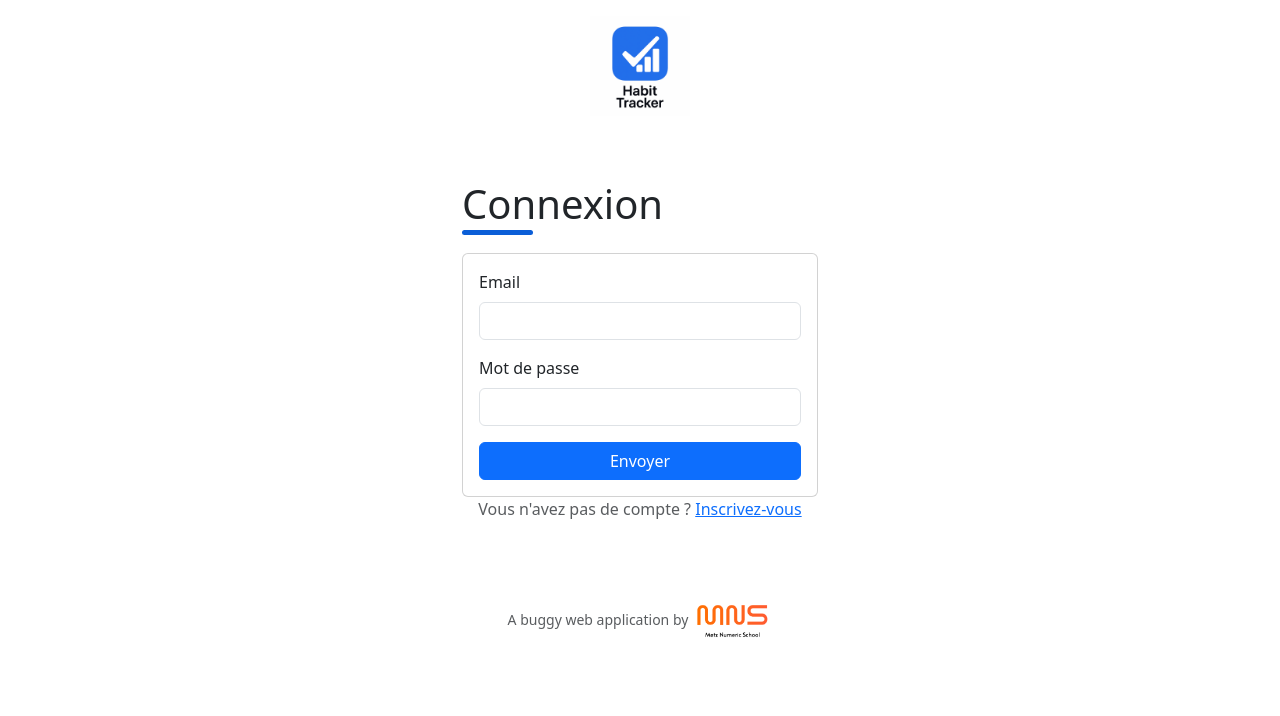
Repository: Metz-Numeric-School/habit-tracker-buggy-web-app-bloc-4-dfs-2025-bis-guiback0
Page: http://localhost/login
An editor plug-in stored every save of this project. The page is shown before and after a run of saves, followed by the edit.
The browser window is 1280 px wide. The pictures show the whole page.
The page is run by PHP 8.4 with error messages shown; the project is at /var/www/html/.

Above is the page before, as saved 2025-10-01 12:19:37.

### public/index.php
<?php
/**
 * @author Théo Gamory <theo.gamory@metznumericschool.fr>
 * @license MIT
 * @version 1.0
 * Cette application est un exemple de micro-framework PHP basé sur le modèle MVC.
 * Celle-ci est conçue pour être simple et facile à comprendre et s'inspire de Symfony.
 * L'application comporte volontairement des erreurs et des failles de sécurité pour illustrer les bonnes pratiques.
 * Il est recommandé de ne pas utiliser ce code en production.
 * Pour plus d'informations, consultez le README.md
 */

require '../vendor/autoload.php';
require '../config/bootstrap.php';

$kernel = new Mns\Buggy\Core\Kernel(
    new Mns\Buggy\Core\Router($routes)
);

$kernel->run();

### config/bootstrap.php
<?php

session_start();

// Load routes from config/routes.json
$routesFile = __DIR__ . '/routes.json';
$routes = file_exists($routesFile) ? json_decode(file_get_contents($routesFile), true) : [];

// Détecter le chemin absolu du projet
$projectDir = realpath(__DIR__ . '/../');

// Vérifier si un fichier .env.local existe et charger
$envFileLocal = $projectDir . '/.env.local';
$envFile = file_exists($envFileLocal) ? '.env.local' : '.env';

// Charger Dotenv
$dotenv = Dotenv\Dotenv::createImmutable($projectDir, $envFile);
$dotenv->load();

### config/routes.json
[
    {
        "path": "/",
        "controller": "App\\Controller\\Web\\HomeController",
        "action": "index"
    },
    {
        "path": "/login",
        "controller": "App\\Controller\\SecurityController",
        "action": "login"
    },
    {
        "path": "/logout",
        "controller": "App\\Controller\\SecurityController",
        "action": "logout"
    },
    {
        "path": "/register",
        "controller": "App\\Controller\\RegisterController",
        "action": "index"
    },
    {
        "path": "/admin/dashboard",
        "controller": "App\\Controller\\Admin\\DashboardController",
        "action": "index",
        "guard": "App\\Guard\\AdminGuard"
    },
    {
        "path": "/admin/user",
        "controller": "App\\Controller\\Admin\\UserController",
        "action": "index"
    },
    {
        "path": "/admin/user/new",
        "controller": "App\\Controller\\Admin\\UserController",
        "action": "new"
    },
    {
        "path": "/dashboard",
        "controller": "App\\Controller\\Member\\DashboardController",
        "action": "index",
        "guard": "App\\Guard\\UserGuard"
    },
    {
        "path": "/habits",
        "controller": "App\\Controller\\Member\\HabitsController",
        "action": "index"
    },
    {
        "path": "/habits/create",
        "controller": "App\\Controller\\Member\\HabitsController",
        "action": "new"
    },
    {
        "path": "/api/habits",
        "controller": "App\\Controller\\Api\\HabitsController",
        "action": "index"
    }
]

### core/Kernel.php
<?php

namespace Mns\Buggy\Core;

use App\Controller\ErrorController;

final class Kernel
{
    private $router;

    public function __construct(Router $router)
    {
        $this->router = $router;
    }

    public function handle()
    {
        $route = $this->router->match($this->router->uri);
        if ($route) {
            $controller = new $route['controller']();
            $action = $route['action'];

            if(!empty($route['guard'])){
                $guard = $route['guard'];
                $guard::check();
            }

            $_SESSION['current_uri'] = $route['path'];
            $controller->$action();
        } else {
            http_response_code(404);
            //echo "404 Not Found";
            $controller = new ErrorController();
            $controller->notFound();
            exit;
        }
    }

    public function run()
    {
        $this->handle();
    }

}

### core/Router.php
<?php

namespace Mns\Buggy\Core;

final class Router
{
    public $uri;

    public $routes;

    public function __construct($routes)
    {
        $this->routes = $routes;

        // Match url
        $uri = $_SERVER['REQUEST_URI'];
        $this->uri = parse_url($uri, PHP_URL_PATH);
    }

    public function match($uri)
    {
        // Find route
        $route = null;
        foreach ($this->routes as $r) {
            if ($r['path'] === $uri) {
                $route = $r;
                break;
            }
        }
        return $route;
    }
}

### src/Controller/SecurityController.php
<?php
namespace App\Controller;

use App\Repository\UserRepository;
use Mns\Buggy\Core\AbstractController;

class SecurityController extends AbstractController
{

    private UserRepository $userRepository;

    public function __construct()
    {
        $this->userRepository = new UserRepository();
    }

    public function login()
    {

        if(!empty($_SESSION['user']))
        {
            $_SESSION['admin'] ? header('Location: /admin/dashboard') : header('Location: /user/dashboard'); die;
        }

        if(!empty($_POST)) {
            $username = $_POST['username'] ?? '';
            $password = $_POST['password'] ?? '';

            $user = $this->userRepository->findByEmail($username);

            if($user) {
                // On vérifie le mot de passe
                if($password == $user->getPassword()) {

                    $_SESSION['user'] = [
                        'id' => $user->getId(),
                        'username' => $user->getFirstname(),
                    ];

                    if($user->getIsadmin()) {
                        header('Location: /admin/dashboard');
                        $_SESSION['admin'] = $user->getIsAdmin();
                        exit;
                    }
                    else
                    {
                        header('Location: /dashboard');
                    }
                }
                else
                {
                    $error = 'Invalid username or password';
                }
            }

            $error = 'Invalid username or password';
        }

        return $this->render('security/login.html.php', [
            'title' => 'Login',
            'error' => $error ?? null,
        ]);
    }

    public function logout()
    {
        unset($_SESSION['user']);
        unset($_SESSION['admin']);
        session_destroy();
        header('Location: /login');
        exit;
    }
}

### core/AbstractController.php
<?php
namespace Mns\Buggy\Core;

abstract class AbstractController
{

    /**
     * Cette méthode permet d'afficher le résulat d'une Vue
     *
     * @param  mixed $template
     * @param  mixed $data
     * @return void
     */
    public function render(string $template, array $data = []): void
    {
        extract($data);
        ob_start();
        include '../templates/' . $template;
        $bodyContent = ob_get_clean();

        if(isset($layout))
            include '../templates/' . $layout;
        else
            echo $bodyContent;
    }

    public function json(array $data)
    {
        header("Content-Type: application/json");
        echo json_encode($data);
    }

    public function redirect(string $url, array $data = [])
    {
        $_SESSION['redirect_data'] = $data;
        header("Location: $url");
        exit;
    }
}

### src/Repository/UserRepository.php
<?php
namespace App\Repository;

use App\Entity\User;
use App\Utils\EntityMapper;
use Mns\Buggy\Core\AbstractRepository;

class UserRepository extends AbstractRepository
{
    public function findAll()
    {
        $users = $this->getConnection()->query("SELECT * FROM mns_user");
        return EntityMapper::mapCollection(User::class, $users->fetchAll());
    }

    public function find(int $id)
    {
        $user = $this->getConnection()->query("SELECT * FROM mns_user WHERE id = $id");
        return EntityMapper::map(User::class, $user);
    }

    public function findByEmail(string $email)
    {
        $sql = "SELECT * FROM mns_user WHERE email = '$email'";
        $query = $this->getConnection()->query($sql);
        return EntityMapper::map(User::class, $query->fetch());
    }

    public function insert(array $data = array())
    {
        $sql = "INSERT INTO mns_user (lastname, firstname, email, password, isadmin) VALUES (:lastname, :firstname, :email, :password, :isadmin)";
        $query = $this->getConnection()->prepare($sql);
        $query->execute($data);
        return $this->getConnection()->lastInsertId();
    }
}

### core/AbstractRepository.php
<?php
namespace Mns\Buggy\Core;

abstract class AbstractRepository
{
    public function getConnection() {
        return MySqlConnector::getInstance()->getConnection();
    }

    public abstract function findAll();

    public abstract function find(int $id);
}

### templates/security/login.html.php
<?php $layout = 'base.html.php'; ?>
<div class="container py-5">

    <div class="row justify-content-center">
        <div class="col-12 col-md-6 col-lg-4">

            <h1>Connexion</h1>

            <?php if(isset($error)): ?>
                <div class="alert alert-danger" role="alert">
                    <?= $error ?>
                </div>
            <?php endif; ?>

            <div class="card">
                <div class="card-body">
                    <form action="/login" method="post">
                        <div class="mb-3">
                            <label for="email" class="form-label">Email</label>
                            <input type="email" class="form-control" name="username" id="email" aria-describedby="emailHelp">
                        </div>
                        <div class="mb-3">
                            <label for="password" class="form-label">Mot de passe</label>
                            <input type="password" class="form-control" name="password" id="password">
                        </div>
                        <button type="submit" class="btn btn-primary w-100">Envoyer</button>
                    </form>
                </div>
            </div>

            <div class="text-center">
                <p class="text-muted">Vous n'avez pas de compte ? <a href="/register">Inscrivez-vous</a></p>
            </div>

        </div>
    </div>




</div>

### templates/base.html.php
<!Doctype html>
<html lang="en">
    <head>
        <title><?= $title ?? 'Page sans titre' ?> | MNS Buggy App</title>
        <!-- Required meta tags -->
        <meta charset="utf-8" />
        <meta
            name="viewport"
            content="width=device-width, initial-scale=1, shrink-to-fit=no"
        />

        <!-- Bootstrap CSS v5.2.1 -->
        <link
            href="https://cdn.jsdelivr.net/npm/bootstrap@5.3.2/dist/css/bootstrap.min.css"
            rel="stylesheet"
            integrity="sha384-T3c6CoIi6uLrA9TneNEoa7RxnatzjcDSCmG1MXxSR1GAsXEV/Dwwykc2MPK8M2HN"
            crossorigin="anonymous"
        />
        <link rel="stylesheet" href="https://cdn.jsdelivr.net/npm/bootstrap-icons@1.11.3/font/bootstrap-icons.min.css">
        <link rel="stylesheet" href="/css/app.css">

    </head>

    <body>
        <header>
            <?php if(!isset($_SESSION['user'])): ?>
            <div class="p-3 text-center">
                <a href="/"><img src="/images/logo.png" alt="BugTracker" height="100"/></a>
            </div>
            <?php else: ?>
                <?php include '../templates/web/partials/_navbar.html.php'; ?>
            <?php endif; ?>
        </header>
        <main>
            <?= $bodyContent ?>
        </main>
        <footer>
            <div class="p-3 text-center">
                <small class="text-muted">A buggy web application by</small>
                <img src="/images/logo-mns.png" alt="Metz Numeric School" height="40"/>
            </div>
        </footer>
        <!-- Bootstrap JavaScript Libraries -->
        <script
            src="https://cdn.jsdelivr.net/npm/@popperjs/core@2.11.8/dist/umd/popper.min.js"
            integrity="sha384-I7E8VVD/ismYTF4hNIPjVp/Zjvgyol6VFvRkX/vR+Vc4jQkC+hVqc2pM8ODewa9r"
            crossorigin="anonymous"
        ></script>

        <script
            src="https://cdn.jsdelivr.net/npm/bootstrap@5.3.2/dist/js/bootstrap.min.js"
            integrity="sha384-BBtl+eGJRgqQAUMxJ7pMwbEyER4l1g+O15P+16Ep7Q9Q+zqX6gSbd85u4mG4QzX+"
            crossorigin="anonymous"
        ></script>
    </body>
</html>

### public/css/app.css
:root{
    --primary-color: #0b5ed7;
}


h1{
    padding-bottom: 5px;
    position: relative;
    margin-bottom: 20px;
}
h1::before{
    content: "";
    display: inline-block;
    height: 5px;
    width: 20%;
    background-color: var(--primary-color);
    position: absolute;
    left: 0;
    bottom: -2px;
    border-radius: 3px;
    -webkit-border-radius: 3px;
    -moz-border-radius: 3px;
    -ms-border-radius: 3px;
    -o-border-radius: 3px;
}


.sidebar-container{
    position: fixed;
    top: 0;
    left: 0;
    bottom: 0;
    height: 100vh;
}

.body-container{
    padding-left: 295px;
}

After the next 2 saves:
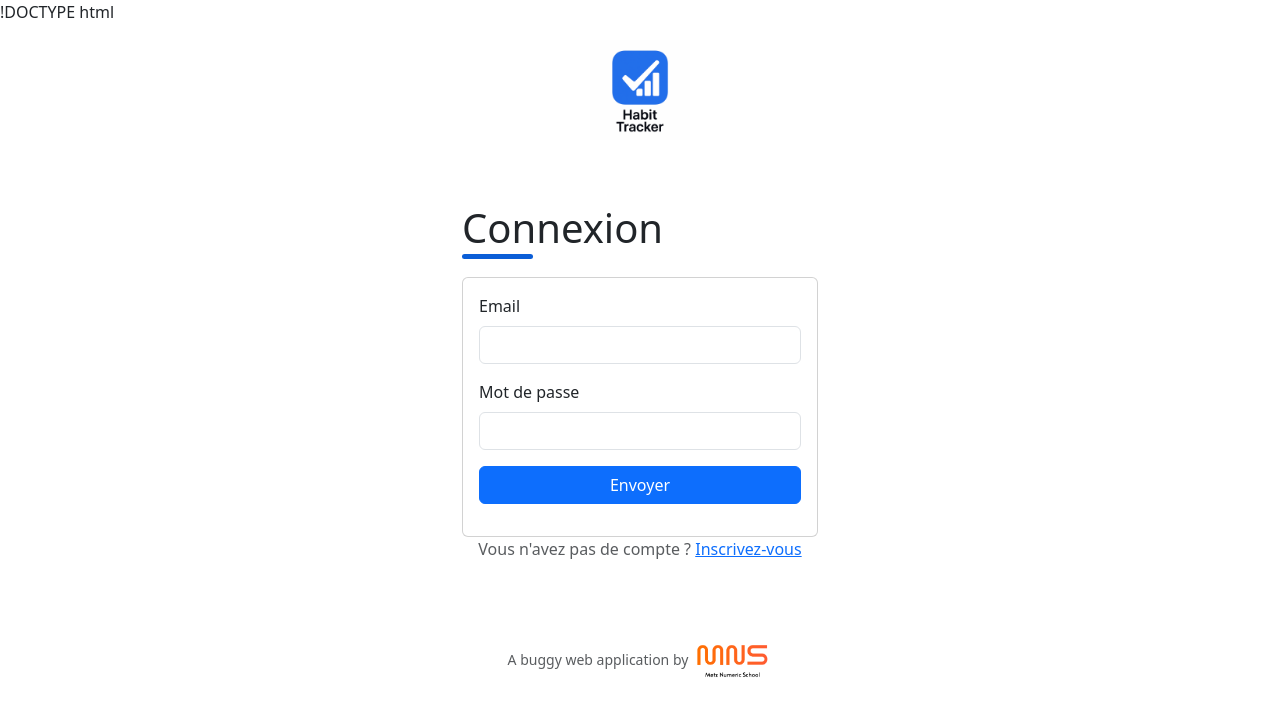
The 2 saves are shown as one change because they came seconds apart.
The last was saved 26 s later.
--- a/templates/base.html.php
+++ b/templates/base.html.php
@@ -1,4 +1,4 @@
-<!Doctype html>
+!DOCTYPE html
 <html lang="en">
     <head>
         <title><?= $title ?? 'Page sans titre' ?> | MNS Buggy App</title>

After the 2 saves that followed:
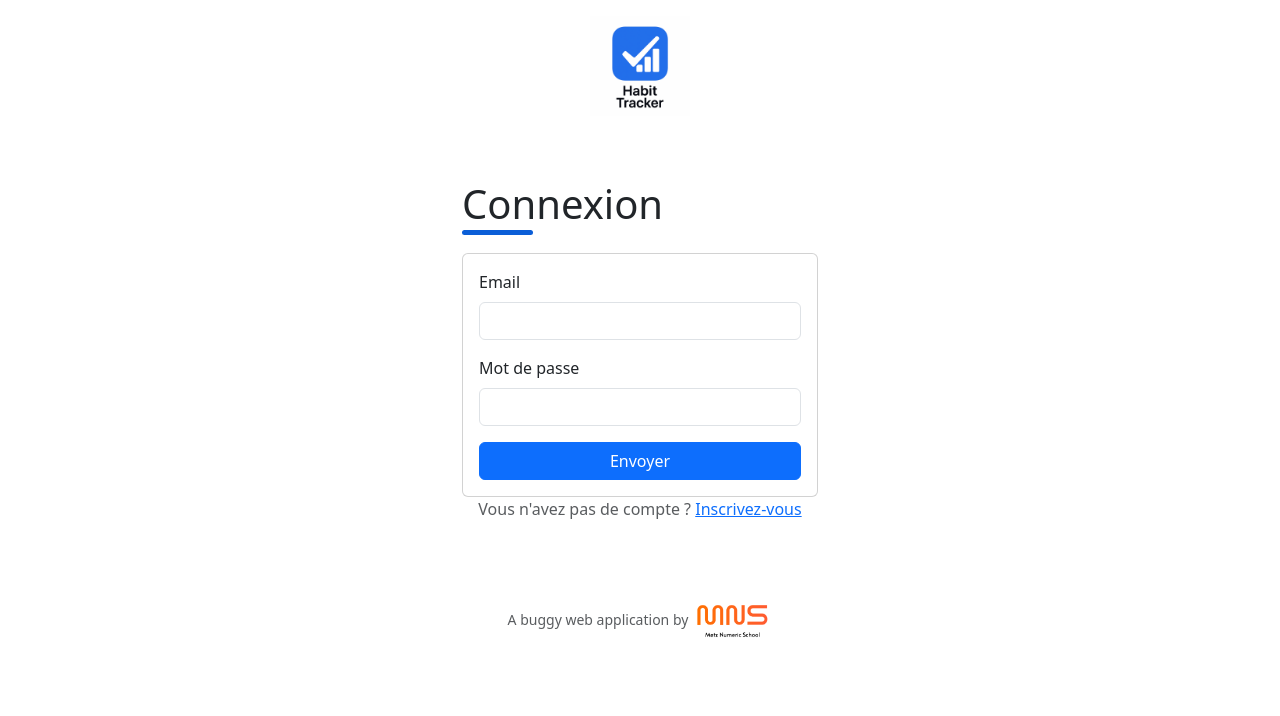
The 2 saves are shown as one change because they came seconds apart.
The last was saved 6 s later.
--- a/templates/base.html.php
+++ b/templates/base.html.php
@@ -1,4 +1,4 @@
-!DOCTYPE html
+<!DOCTYPE html>
 <html lang="en">
     <head>
         <title><?= $title ?? 'Page sans titre' ?> | MNS Buggy App</title>
